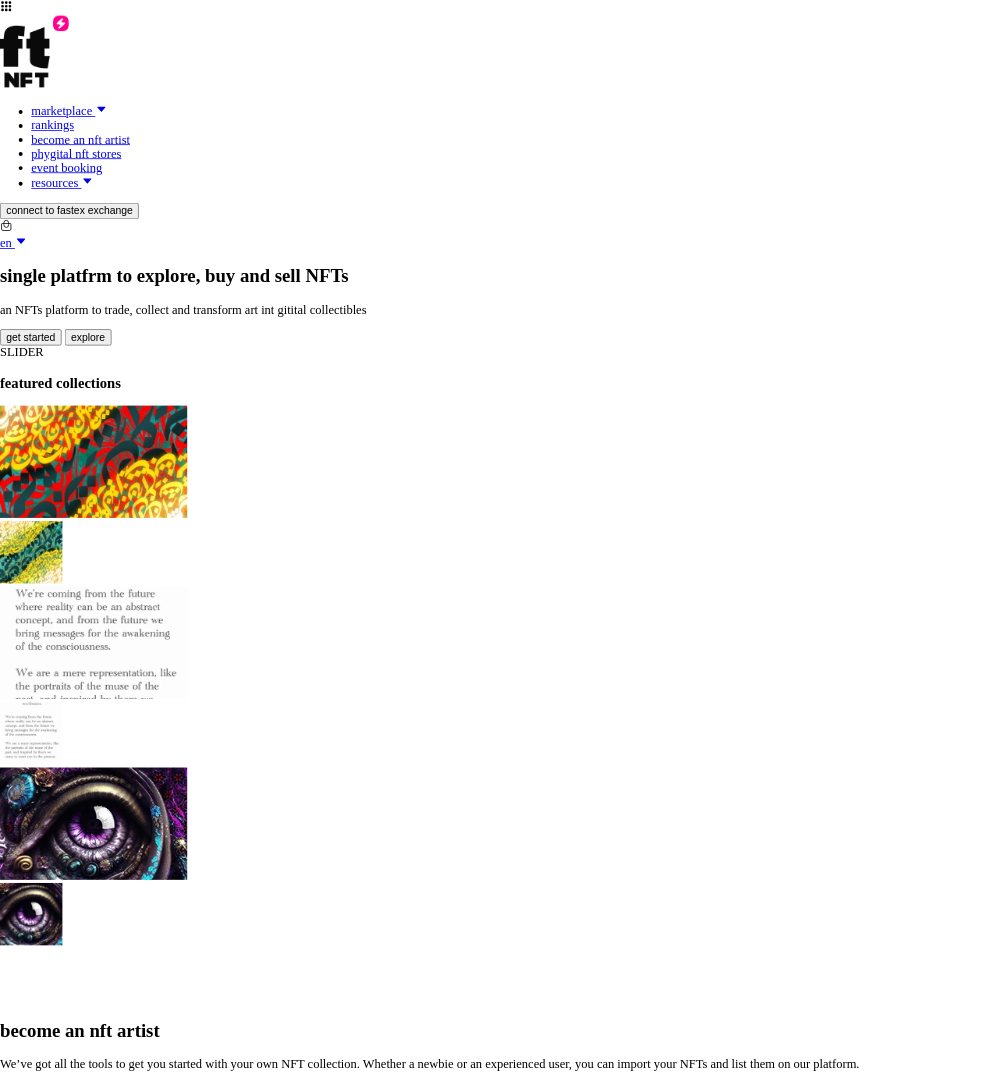
Repository: DxMAlbertGasparyan/_Project
Page: index.html
The author's editor kept a copy of each file at every save. The page is drawn from the files as they stood at one save, then again after the next save.
The browser window is 1280 px wide. The pictures show the whole page, at 78% of full size.

Above is the page before, as saved 2023-12-05 14:47:49.

After the next save:
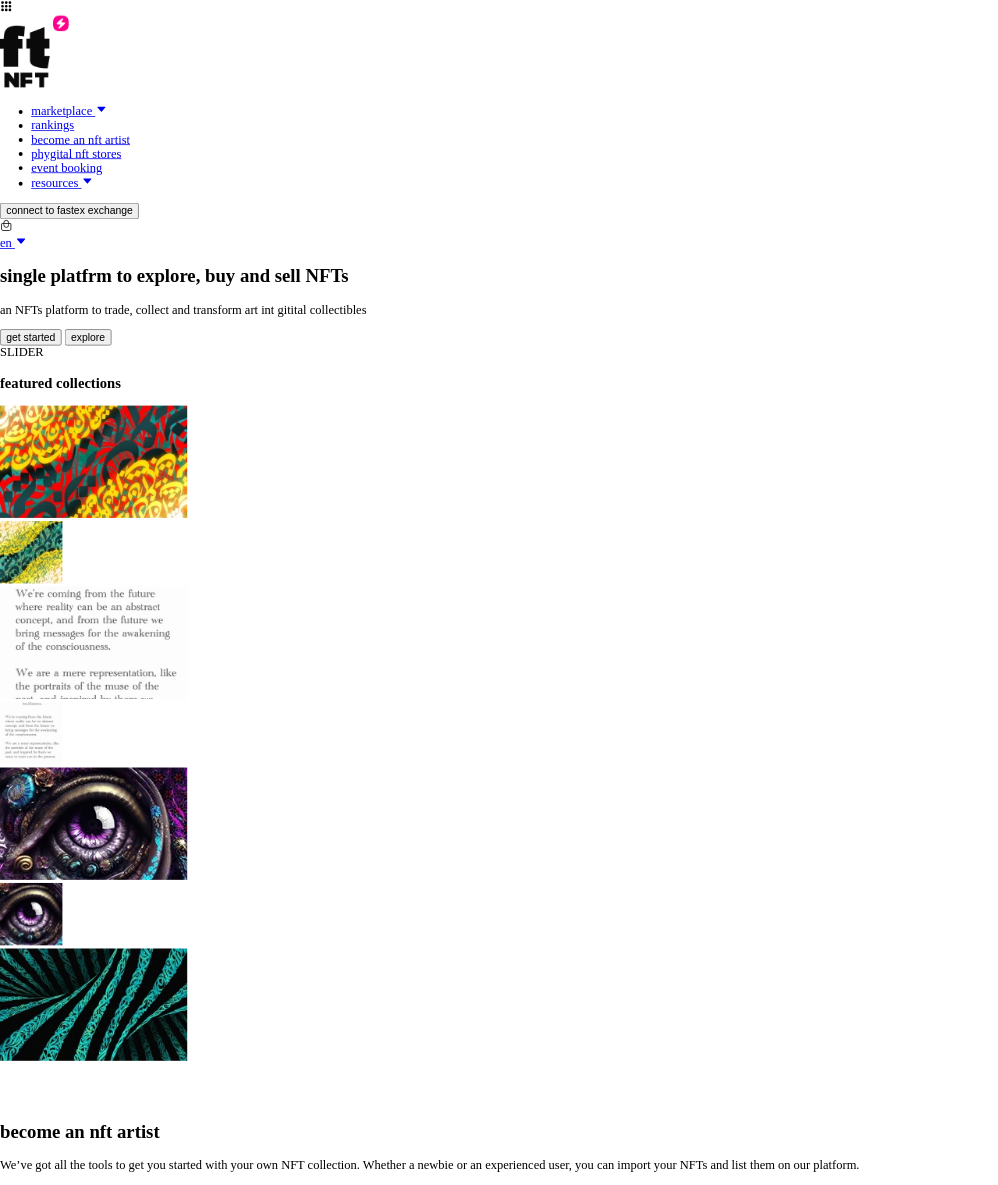
Saved 70 s later.
--- a/index.html
+++ b/index.html
@@ -89,7 +89,7 @@
                         </div>
                     </div>
                     <div class="item">
-                        <img src="" alt="">
+                        <img src="./images/5IBWyQzvhMhcyvuoFQArEbbk9HRs8FteQvPqrZlK.webp" alt="">
                         <div class="bordered_img">
                             <img src="" alt="">
                         </div>
